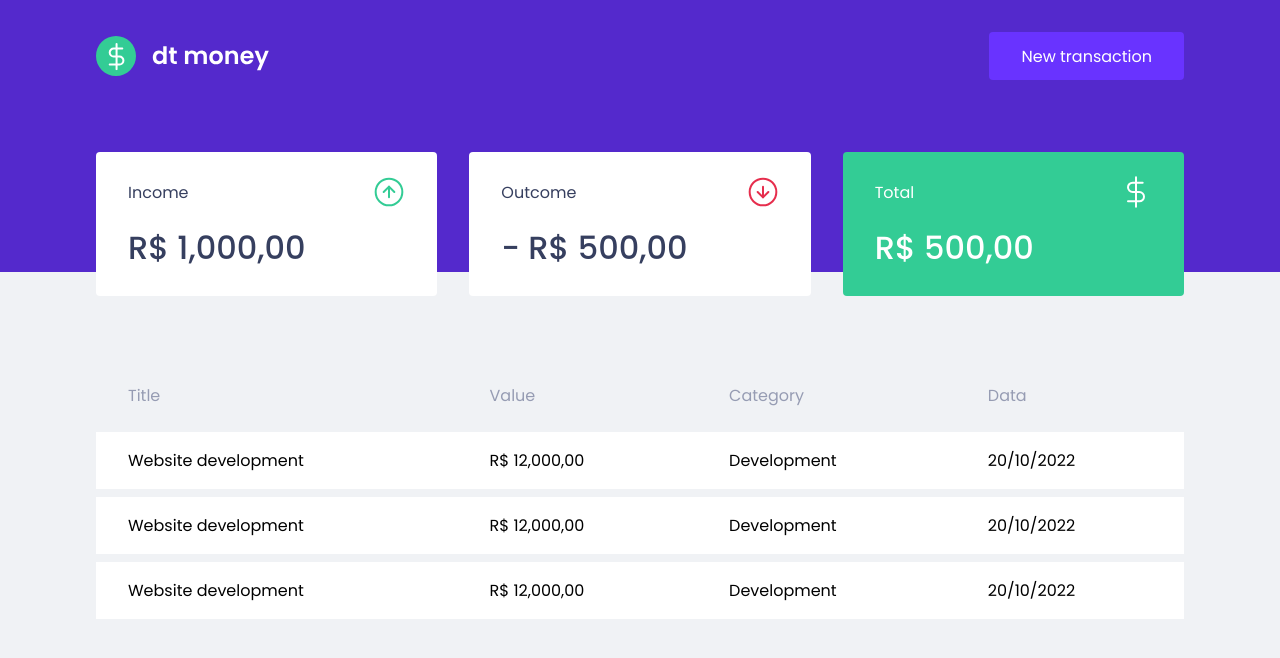
Repository: JoseGu1llardi/dtmoney
Page: /
The author's editor kept a copy of each file at every save. The page is drawn from the files as they stood at one save, then again after the next save.
The browser window is 1280 px wide. The pictures show the whole page.
The project was rebuilt for these pictures with package versions that can differ from the ones it lists, and the page was loaded fresh each time.

Above is the page before, as saved 2022-12-30 15:47:29.

After the next save:
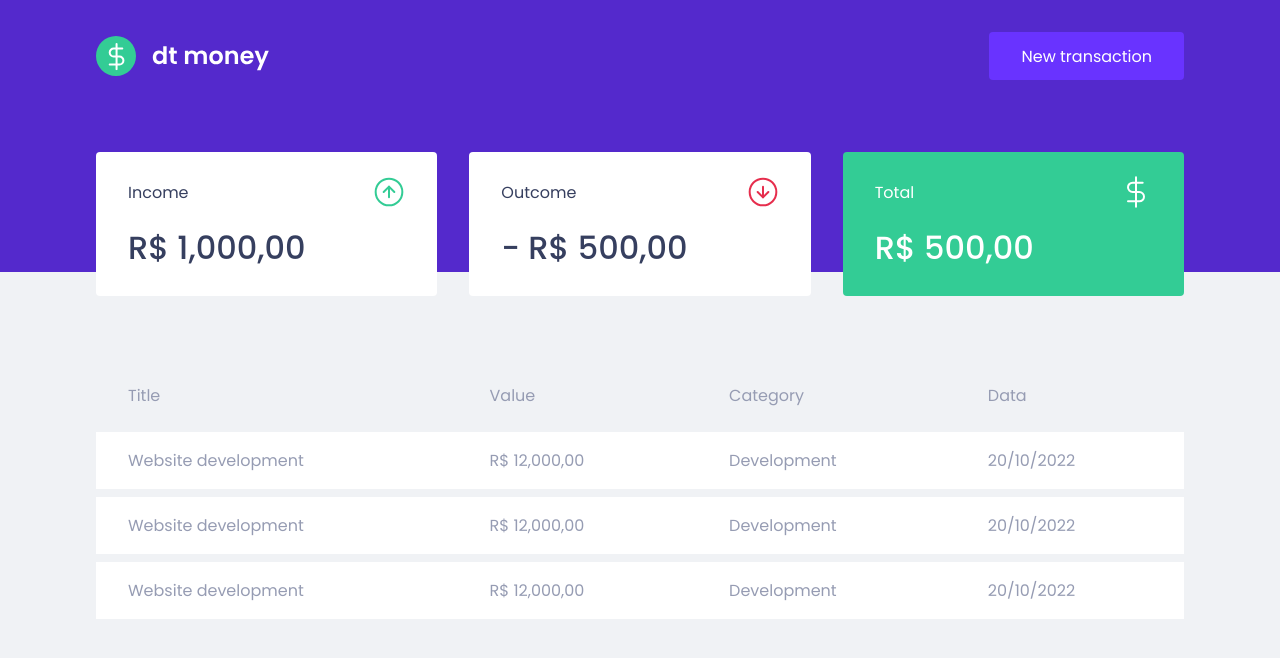
Saved 50 s later.
--- a/src/components/TransactionsTable/styles.ts
+++ b/src/components/TransactionsTable/styles.ts
@@ -19,6 +19,7 @@ export const Container = styled.div`
       padding: 1rem 2rem;
       border: 0;
       background: var(--shape);
+      color: var(--text-body);
     }
   }
 `;
